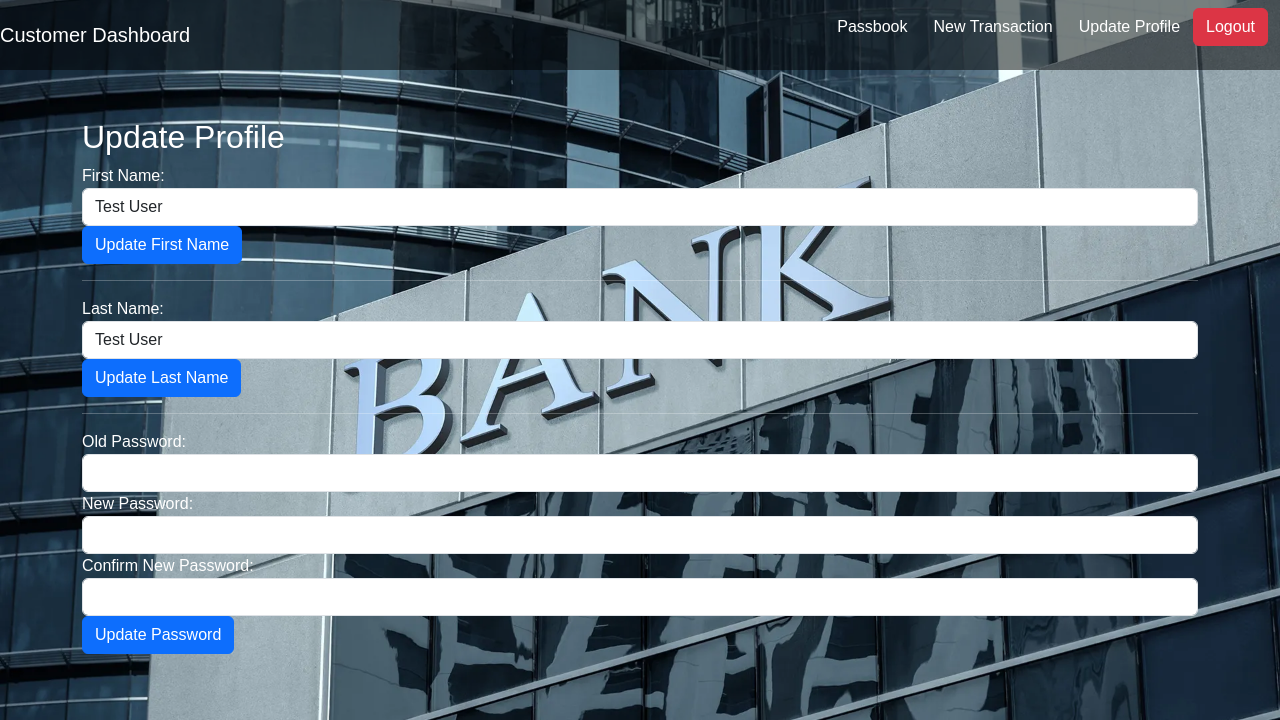
Repository: prathamsuhasia/swabhav-mini-project
Page: http://localhost/01-mini-project/UpdateProfile.jsp
The author's editor kept a copy of each file at every save. The page is drawn from the files as they stood at one save, then again after the next save.
The browser window is 1280 px wide. The pictures show the whole page.
The page is served by Tomcat 9. The session is filled in as if someone had signed in: {"username": "testuser", "admin": "admin", "customer": "customer", "customerID": 1, "firstName": "Test User", "lastName": "Test User", "createdAt": 1, "accountNumbers": 1}.

Above is the page before, as saved 2024-08-16 04:48:14.

After the next save:
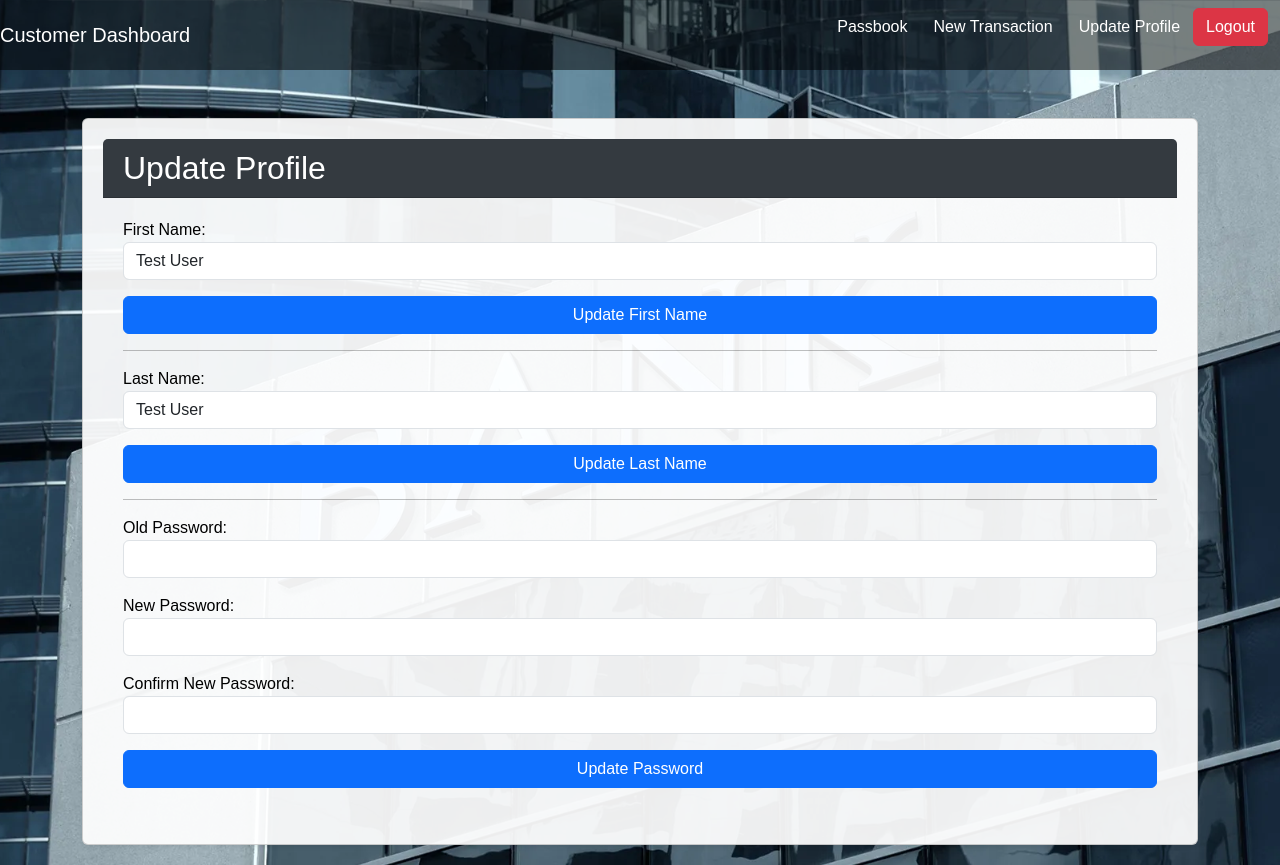
Saved 36 s later.
--- a/01-mini-project/WebContent/UpdateProfile.jsp
+++ b/01-mini-project/WebContent/UpdateProfile.jsp
@@ -1,14 +1,17 @@
 <%@ page language="java" contentType="text/html; charset=ISO-8859-1"
-    pageEncoding="ISO-8859-1"%>
-    <%@ include file="CustomerNavbar.jsp"%>
+	pageEncoding="ISO-8859-1"%>
+<%@ include file="CustomerNavbar.jsp"%>
 <!DOCTYPE html PUBLIC "-//W3C//DTD HTML 4.01 Transitional//EN" "http://www.w3.org/TR/html4/loose.dtd">
 <html>
 <head>
-    <meta http-equiv="Content-Type" content="text/html; charset=ISO-8859-1">
-    <title>Update Profile</title>
-        <link href="https://cdn.jsdelivr.net/npm/bootstrap@5.3.0/dist/css/bootstrap.min.css" rel="stylesheet">
-    <script src="https://code.jquery.com/jquery-3.6.0.min.js"></script>
-    <script src="https://cdn.jsdelivr.net/npm/bootstrap@5.3.0/dist/js/bootstrap.bundle.min.js"></script>
+<meta http-equiv="Content-Type" content="text/html; charset=ISO-8859-1">
+<title>Update Profile</title>
+<link
+	href="https://cdn.jsdelivr.net/npm/bootstrap@5.3.0/dist/css/bootstrap.min.css"
+	rel="stylesheet">
+<script src="https://code.jquery.com/jquery-3.6.0.min.js"></script>
+<script
+	src="https://cdn.jsdelivr.net/npm/bootstrap@5.3.0/dist/js/bootstrap.bundle.min.js"></script>
 <style>
 body {
 	background-image: url('Bank.webp');
@@ -71,73 +74,93 @@ body {
 .card-profile {
 	background-color: rgba(255, 255, 255, 0.93);
 	color: #000;
-	display: flex;
-	align-items: center;
-	padding: 10px;
+	padding: 20px;
+	margin-bottom: 20px;
+	box-shadow: 0 2px 10px rgba(0, 0, 0, 0.1);
 }
 
-.card-profile img {
-	width: 100px;
-	height: 100px;
-	object-fit: cover;
-	margin-right: 20px;
+.card-profile .card-header {
+	background-color: #343a40;
+	color: #fff;
+	padding: 10px 20px;
+	font-size: 1.25rem;
 }
 
 .card-profile .card-body {
-	flex: 1;
+	padding: 20px;
 }
+
+.card-profile .form-group {
+	margin-bottom: 1rem;
+}
+
+.card-profile .btn {
+	width: 100%;
+}
+
 </style>
 </head>
 <body>
-    <div class="container mt-5">
-    <h2>Update Profile</h2>
+	<div class="container mt-5">
+		<div class="card card-profile shadow-sm">
+			<div class="card-header">
+				<h2 class="mb-0">Update Profile</h2>
+			</div>
+			<div class="card-body">
 
-    <!-- Form to update first name -->
-    <form action="CustomerController" method="post">
-        <div class="form-group">
-            <label for="firstName">First Name:</label>
-            <input type="text" class="form-control" id="firstName" name="firstName"
-                   value="${sessionScope.firstName}" required>
-        </div>
-        <button type="submit" name="action" value="UpdateFirstName" class="btn btn-primary">Update First Name</button>
-    </form>
+				<!-- Form to update first name -->
+				<form action="CustomerController" method="post">
+					<div class="form-group">
+						<label for="firstName">First Name:</label>
+						<input type="text" class="form-control" id="firstName" name="firstName"
+							value="${sessionScope.firstName}" required>
+					</div>
+					<button type="submit" name="action" value="UpdateFirstName"
+						class="btn btn-primary">Update First Name</button>
+				</form>
 
-    <hr/>
+				<hr />
 
-    <!-- Form to update last name -->
-    <form action="CustomerController" method="post">
-        <div class="form-group">
-            <label for="lastName">Last Name:</label>
-            <input type="text" class="form-control" id="lastName" name="lastName"
-                   value="${sessionScope.lastName}" required>
-        </div>
-        <button type="submit" name="action" value="UpdateLastName" class="btn btn-primary">Update Last Name</button>
-    </form>
+				<!-- Form to update last name -->
+				<form action="CustomerController" method="post">
+					<div class="form-group">
+						<label for="lastName">Last Name:</label>
+						<input type="text" class="form-control" id="lastName" name="lastName"
+							value="${sessionScope.lastName}" required>
+					</div>
+					<button type="submit" name="action" value="UpdateLastName"
+						class="btn btn-primary">Update Last Name</button>
+				</form>
 
-    <hr/>
+				<hr />
 
-    <!-- Form to update password -->
-    <form action="CustomerController" method="post">
-        <div class="form-group">
-            <label for="oldPassword">Old Password:</label>
-            <input type="password" class="form-control" id="oldPassword" name="oldPassword" required>
-        </div>
-        <div class="form-group">
-            <label for="newPassword">New Password:</label>
-            <input type="password" class="form-control" id="newPassword" name="newPassword" required>
-        </div>
-        <div class="form-group">
-            <label for="confirmNewPassword">Confirm New Password:</label>
-            <input type="password" class="form-control" id="confirmNewPassword" name="confirmNewPassword" required>
-        </div>
-        <button type="submit" name="action" value="UpdatePassword" class="btn btn-primary">Update Password</button>
-    </form>
-</div>
+				<!-- Form to update password -->
+				<form action="CustomerController" method="post">
+					<div class="form-group">
+						<label for="oldPassword">Old Password:</label>
+						<input type="password" class="form-control" id="oldPassword"
+							name="oldPassword" required>
+					</div>
+					<div class="form-group">
+						<label for="newPassword">New Password:</label>
+						<input type="password" class="form-control" id="newPassword"
+							name="newPassword" required>
+					</div>
+					<div class="form-group">
+						<label for="confirmNewPassword">Confirm New Password:</label>
+						<input type="password" class="form-control" id="confirmNewPassword"
+							name="confirmNewPassword" required>
+					</div>
+					<button type="submit" name="action" value="UpdatePassword"
+						class="btn btn-primary">Update Password</button>
+				</form>
+			</div>
+		</div>
+	</div>
 
-
-    <!-- Bootstrap JavaScript and dependencies -->
-    <script src="https://code.jquery.com/jquery-3.5.1.slim.min.js"></script>
-   	<script
+	<!-- Bootstrap JavaScript and dependencies -->
+	<script src="https://code.jquery.com/jquery-3.5.1.slim.min.js"></script>
+	<script
 		src="https://cdn.jsdelivr.net/npm/bootstrap@5.3.0/dist/js/bootstrap.bundle.min.js"></script>
 </body>
 </html>
